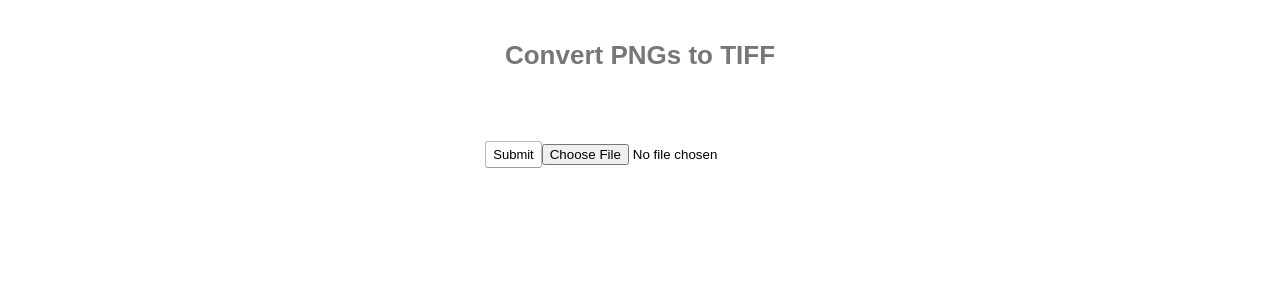
Repository: shadow1349/GWT-PNGToTIFF
Page: Application/war/Application.html
An editor plug-in stored every save of this project. The page is shown before and after the next save, followed by the edit.
The browser window is 1280 px wide. The pictures show the whole page.
Pictures or frames that could not be fetched are drawn as grey boxes.

Above is the page before, as saved 2017-09-09 14:38:48.

### Application/war/Application.html
<!doctype html>
<!-- The DOCTYPE declaration above will set the     -->
<!-- browser's rendering engine into                -->
<!-- "Standards Mode". Replacing this declaration   -->
<!-- with a "Quirks Mode" doctype is not supported. -->

<html>
  <head>
    <meta http-equiv="content-type" content="text/html; charset=UTF-8">

    <!--                                                               -->
    <!-- Consider inlining CSS to reduce the number of requested files -->
    <!--                                                               -->
    <link type="text/css" rel="stylesheet" href="Application.css">

    <!--                                           -->
    <!-- Any title is fine                         -->
    <!--                                           -->
    <title>Converting a PNG to a TIFF</title>

    <!--                                           -->
    <!-- This script loads your compiled module.   -->
    <!-- If you add any GWT meta tags, they must   -->
    <!-- be added before this line.                -->
    <!--                                           -->
    <script type="text/javascript" language="javascript" src="application/application.nocache.js"></script>
  </head>

  <!--                                           -->
  <!-- The body can have arbitrary html, or      -->
  <!-- you can leave the body empty if you want  -->
  <!-- to create a completely dynamic UI.        -->
  <!--                                           -->
  <body style="text-align:center">

    <h1>Convert PNGs to TIFF</h1>

  </body>
</html>

### Application/war/application/gwt/clean/clean.css
/**
 * The file contains styles for GWT widgets in the Clean theme.
 */

body, table td, select, button {
  font-family: Arial Unicode MS, Arial, sans-serif;
  font-size: small;
}
pre {
  font-family: "courier new", courier;
  font-size: small;
}
body {
  color: black;
  margin: 10px;
  border: 0px;
  padding: 0px;
  background: #fff;
  direction: ltr;
}
a, a:visited {
  color: #0066cc;
  text-decoration:none;
}

a:hover {
  color: #0066cc;
  text-decoration:underline;
}

select {
  background: white;
}

/**
 * The reference theme can be used to determine when this style sheet has
 * loaded.  Create a hidden div element with absolute position, assign the style
 * name below, and attach it to the DOM.  Use a timer to detect when the
 * element's height and width are set to 5px.
 */
.gwt-Reference-clean {
  height: 5px;
  width: 5px;
  zoom: 1;
}

.gwt-Button {
  margin: 0;
  padding: 5px 7px;
  text-decoration: none;
  cursor: pointer;
  cursor: hand;
  font-size:small;
  background: url("images/hborder.png") repeat-x 0px -2077px;
  border:1px solid #bbb;
  border-bottom: 1px solid #a0a0a0;
  border-radius: 3px;
 -moz-border-radius: 3px;
}
.gwt-Button:active {
  border: 1px inset #ccc;
}
.gwt-Button:hover {
  border-color: #939393;
}
.gwt-Button[disabled] {
  cursor: default;
  color: #888;
}
.gwt-Button[disabled]:hover {
  border: 1px outset #ccc;
}

.gwt-CheckBox {
}
.gwt-CheckBox-disabled {
  color: #888;
}

.gwt-DecoratorPanel {
}
.gwt-DecoratorPanel .topCenter {
  border-top: 1px solid #bbb;
  line-height: 0px;
}
.gwt-DecoratorPanel .bottomCenter {
  border-bottom: 1px solid #bbb;
  line-height: 0px;
}
.gwt-DecoratorPanel .topCenterInner,
.gwt-DecoratorPanel .bottomCenterInner {
  height: 1px;
  line-height: 0px;
  font-size: 1px;
}
.gwt-DecoratorPanel .middleLeft {
  border-left: 1px solid #bbb;
}
.gwt-DecoratorPanel .middleRight {
  border-right: 1px solid #bbb;
}
.gwt-DecoratorPanel .middleLeftInner,
.gwt-DecoratorPanel .middleRightInner {
  width: 1px;
  line-height: 1px;
}
.gwt-DecoratorPanel .topLeftInner,
.gwt-DecoratorPanel .topRightInner,
.gwt-DecoratorPanel .bottomLeftInner,
.gwt-DecoratorPanel .bottomRightInner {
  width: 5px;
  height: 5px;
  zoom: 1;
  font-size: 1px;
  overflow: hidden;
}
.gwt-DecoratorPanel .topLeft {
  line-height: 0px;
  background: url(images/circles.png) no-repeat 0px -6px;
}
.gwt-DecoratorPanel .topRight {
  line-height: 0px;
  background: url(images/circles.png) no-repeat -5px -6px;
}
.gwt-DecoratorPanel .bottomLeft {
  line-height: 0px;
  background: url(images/circles.png) no-repeat 0px -11px;
}
.gwt-DecoratorPanel .bottomRight {
  line-height: 0px;
  background: url(images/circles.png) no-repeat -5px -11px;
}

.gwt-DialogBox .Caption {
  background: #F1F1F1;
  padding: 4px 8px 4px 4px;
  cursor: default;
  font-family: Arial Unicode MS, Arial, sans-serif;
  font-weight: bold;
  border-bottom: 1px solid #bbbbbb;
  border-top: 1px solid #D2D2D2;
}
.gwt-DialogBox .dialogContent {
}
.gwt-DialogBox .dialogMiddleCenter {
  padding: 3px;
  background: white;
}
.gwt-DialogBox .dialogBottomCenter {
  background: url(images/hborder.png) repeat-x 0px -2945px;
}
.gwt-DialogBox .dialogMiddleLeft {
  background: url(images/vborder.png) repeat-y -31px 0px;
}
.gwt-DialogBox .dialogMiddleRight {
  background: url(images/vborder.png) repeat-y -32px 0px;
}
.gwt-DialogBox .dialogTopLeftInner {
  width: 10px;
  height: 8px;
  zoom: 1;
}
.gwt-DialogBox .dialogTopRightInner {
  width: 12px;
  zoom: 1;
}
.gwt-DialogBox .dialogBottomLeftInner {
  width: 10px;
  height: 12px;
  zoom: 1;
}
.gwt-DialogBox .dialogBottomRightInner {
  width: 12px;
  height: 12px;
  zoom: 1;
}
.gwt-DialogBox .dialogTopLeft {
  background: url(images/circles.png) no-repeat -20px 0px;
}
.gwt-DialogBox .dialogTopRight {
  background: url(images/circles.png) no-repeat -28px 0px;
}
.gwt-DialogBox .dialogBottomLeft {
  background: url(images/circles.png) no-repeat 0px -36px;
}
.gwt-DialogBox .dialogBottomRight {
  background: url(images/circles.png) no-repeat -8px -36px;
}

.gwt-DisclosurePanel {
}
.gwt-DisclosurePanel-open {
}
.gwt-DisclosurePanel-closed {
}
.gwt-DisclosurePanel .header,
.gwt-DisclosurePanel .header a,
.gwt-DisclosurePanel .header td {
  text-decoration: none;  /* Remove underline from header */
  color: black;
  cursor: pointer;
  cursor: hand;
}
.gwt-DisclosurePanel .content {
  border-left: 3px solid #e7e7e7;
  padding: 4px 0px 4px 8px;
  margin-left: 6px;
}

.gwt-FileUpload {
}

.gwt-Frame {
  border-top: 2px solid #666;
  border-left: 2px solid #666;
  border-right: 2px solid #bbb;
  border-bottom: 2px solid #bbb;
}

.gwt-HorizontalSplitPanel {
}
.gwt-HorizontalSplitPanel .hsplitter {
  cursor: move;
  border: 0px;
  background: #e7e7e7;
  line-height: 0px;
}
.gwt-VerticalSplitPanel {
}
.gwt-VerticalSplitPanel .vsplitter {
  cursor: move;
  border: 0px;
  background: #e7e7e7;
  line-height: 0px;
}

.gwt-HTML {
  padding: 0 0px;
}

.gwt-Hyperlink {
  cursor: pointer;
}

.gwt-Image {
}

.gwt-Label {
}

.gwt-ListBox {
}

.gwt-MenuBar {
  cursor: default;
}
.gwt-MenuBar .gwt-MenuItem {
  cursor: default;
  font-family: Arial Unicode MS, Arial, sans-serif;
}
.gwt-MenuBar .gwt-MenuItem-selected {
  background: #E3E8F3;
}
.gwt-MenuBar-horizontal {
  background: #e3e8f3 url(images/hborder.png) repeat-x 0px -2003px;
  border: 1px solid #e0e0e0;
}
.gwt-MenuBar-horizontal .gwt-MenuItem {
  padding: 5px 10px;
  vertical-align: bottom;
  color: #000;
  font-weight: bold;
}
.gwt-MenuBar-horizontal .gwt-MenuItemSeparator {
  width: 1px;
  padding: 0px;
  margin: 0px;
  border: 0px;
  border-left: 1px solid #ccc;
  background: white;
}
.gwt-MenuBar-horizontal .gwt-MenuItemSeparator .menuSeparatorInner {
  width: 1px;
  height: 1px;
  background: white;
}
.gwt-MenuBar-vertical {
  margin-top: 0px;
  margin-left: 0px;
  background: white;
}
.gwt-MenuBar-vertical table {
  border-collapse: collapse;
}
.gwt-MenuBar-vertical .gwt-MenuItem {
  padding: 2px 40px 2px 1px;
}
.gwt-MenuBar-vertical .gwt-MenuItemSeparator {
  padding: 2px 0px;
}
.gwt-MenuBar-vertical .gwt-MenuItemSeparator .menuSeparatorInner {
  height: 1px;
  padding: 0px;
  border: 0px;
  border-top: 1px solid #ccc;
  overflow: hidden;
}
.gwt-MenuBar-vertical .subMenuIcon {
  padding-right: 4px;
}
.gwt-MenuBar-vertical .subMenuIcon-selected {
  background: #E3E8F3;
}
.gwt-MenuBarPopup .menuPopupTopCenter {
  background: url(images/hborder.png) 0px -12px repeat-x;
}
.gwt-MenuBarPopup .menuPopupBottomCenter {
  background: url(images/hborder.png) 0px -13px repeat-x;
}
.gwt-MenuBarPopup .menuPopupMiddleLeft {
  background: url(images/vborder.png) -12px 0px repeat-y;
}
.gwt-MenuBarPopup .menuPopupMiddleRight {
  background: url(images/vborder.png) -13px 0px repeat-y;
}
.gwt-MenuBarPopup .menuPopupTopLeftInner {
  width: 5px;
  height: 5px;
  zoom: 1;
}
.gwt-MenuBarPopup .menuPopupTopRightInner {
  width: 8px;
  height: 5px;
  zoom: 1;
}
.gwt-MenuBarPopup .menuPopupBottomLeftInner {
  width: 5px;
  height: 8px;
  zoom: 1;
}
.gwt-MenuBarPopup .menuPopupBottomRightInner {
  width: 8px;
  height: 8px;
  zoom: 1;
}
.gwt-MenuBarPopup .menuPopupTopLeft {
  background: url(images/corner.png) no-repeat 0px -36px;
}
.gwt-MenuBarPopup .menuPopupTopRight {
  background: url(images/corner.png) no-repeat -5px -36px;
}
.gwt-MenuBarPopup .menuPopupBottomLeft {
  background: url(images/corner.png) no-repeat 0px -41px;
}
.gwt-MenuBarPopup .menuPopupBottomRight {
  background: url(images/corner.png) no-repeat -5px -41px;
}

.gwt-PasswordTextBox {
  padding: 5px 4px;
  border: 1px solid #ccc;
  border-top: 1px solid #999;
  font-size: 100%;
}
.gwt-PasswordTextBox-readonly {
  color: #888;
}

.gwt-PopupPanel {
  border: 3px solid #e7e7e7;
  padding: 3px;
  background: white;
}

.gwt-DecoratedPopupPanel .popupContent {
}
.gwt-DecoratedPopupPanel .popupMiddleCenter {
  padding: 3px;
  background: #f1f1f1;
}
.gwt-DecoratedPopupPanel .popupTopCenter {
  background: url(images/hborder.png) 0px -2937px repeat-x;
}
.gwt-DecoratedPopupPanel .popupBottomCenter {
  background:  url(images/hborder.png) repeat-x 0px -2938px;
}
.gwt-DecoratedPopupPanel .popupMiddleLeft {
  background: url(images/vborder.png) -21px 0px repeat-y;
}
.gwt-DecoratedPopupPanel .popupMiddleRight {
  background: url(images/vborder.png) repeat-y -24px 0px;
}
.gwt-DecoratedPopupPanel .popupTopLeftInner {
  width: 6px;
  height: 5px;
  zoom: 1;
}
.gwt-DecoratedPopupPanel .popupTopRightInner {
  width: 6px;
  height: 5px;
  zoom: 1;
}
.gwt-DecoratedPopupPanel .popupBottomLeftInner {
  width: 6px;
  height: 6px;
  zoom: 1;
}
.gwt-DecoratedPopupPanel .popupBottomRightInner {
  width: 6px;
  height: 6px;
  zoom: 1;
}
.gwt-DecoratedPopupPanel .popupTopLeft {
  background: url(images/circles.png) no-repeat 0px -16px;
}
.gwt-DecoratedPopupPanel .popupTopRight {
  background: url(images/circles.png) no-repeat -6px -16px;
}
.gwt-DecoratedPopupPanel .popupBottomLeft {
  background: url(images/circles.png) no-repeat 0px -21px;
}
.gwt-DecoratedPopupPanel .popupBottomRight {
  background: url(images/circles.png) no-repeat -6px -21px;
}

.gwt-PopupPanelGlass {
  background-color: #000;
  opacity: 0.3;
  filter: alpha(opacity=30);
}

.gwt-PushButton-up,
.gwt-PushButton-up-hovering,
.gwt-PushButton-up-disabled,
.gwt-PushButton-down,
.gwt-PushButton-down-hovering,
.gwt-PushButton-down-disabled {
  margin: 0;
  text-decoration: none;
  background: url("images/hborder.png") repeat-x 0px -27px;
  border-radius: 2px;
  -moz-border-radius: 2px;
}
.gwt-PushButton-up,
.gwt-PushButton-up-hovering,
.gwt-PushButton-up-disabled {
  padding: 3px 5px 3px 5px;
}
.gwt-PushButton-up {
  border:1px solid #bbb;
  border-bottom: 1px solid #a0a0a0;
  cursor: pointer;
  cursor: hand;
}
.gwt-PushButton-up-hovering {
  border: 1px solid;
  border-color: #939393;
  cursor: pointer;
  cursor: hand;
}
.gwt-PushButton-up-disabled {
  border: 1px solid #bbb;
  cursor: default;
  opacity: .5;
  filter: alpha(opacity=45);
  zoom: 1;
}
.gwt-PushButton-down,
.gwt-PushButton-down-hovering,
.gwt-PushButton-down-disabled {
  padding: 4px 4px 2px 6px;
  outline:none;
}
.gwt-PushButton-down {
  border: 1px inset #666;
  cursor: pointer;
  cursor: hand;
}
.gwt-PushButton-down-hovering {
  border: 1px solid #939393;
  border-top: 1px solid #333333;
  cursor: pointer;
  cursor: hand;
}
.gwt-PushButton-down-disabled {
  border: 1px outset #ccc;
  cursor: default;
  opacity: 0.5;
  filter: alpha(opacity=45);
  zoom: 1;
}

.gwt-RadioButton {
}
.gwt-RadioButton-disabled {
  color: #888;
}

.gwt-RichTextArea {
}
.hasRichTextToolbar {
  border: 0px;
}
.gwt-RichTextToolbar {
  background: #e3e8f3 url(images/hborder.png) repeat-x 0px -2003px;
  border-bottom: 1px solid #BBBBBB;
  padding: 3px;
  margin: 0px;
}
.gwt-RichTextToolbar .gwt-PushButton-up {
  padding: 0px 1px 0px 0px;
  margin-right: 4px;
  margin-bottom: 4px;
  border-width: 1px;
}
.gwt-RichTextToolbar .gwt-PushButton-up-hovering {
  margin-right: 4px;
  margin-bottom: 4px;
  padding: 0px 1px 0px 0px;
  border-width: 1px;
}
.gwt-RichTextToolbar .gwt-PushButton-down {
  margin-right: 4px;
  margin-bottom: 4px;
  padding: 0px 0px 0px 1px;
  border-width: 1px;
}
.gwt-RichTextToolbar .gwt-PushButton-down-hovering {
  margin-right: 4px;
  margin-bottom: 4px;
  padding: 0px 0px 0px 1px;
  border-width: 1px;
}
.gwt-RichTextToolbar .gwt-ToggleButton-up {
  margin-right: 4px;
  margin-bottom: 4px;
  padding: 0px 1px 0px 0px;
  border:1px solid #bbb;
  border-bottom: 1px solid #a0a0a0;
}
.gwt-RichTextToolbar .gwt-ToggleButton-up-hovering {
  margin-right: 4px;
  margin-bottom: 4px;
  padding: 0px 1px 0px 0px;
  border-width: 1px;
}
.gwt-RichTextToolbar .gwt-ToggleButton-down {
  margin-right: 4px;
  margin-bottom: 4px;
  padding: 0px 0px 0px 1px;
  border-width: 1px;
}
.gwt-RichTextToolbar .gwt-ToggleButton-down-hovering {
  margin-right: 4px;
  margin-bottom: 4px;
  padding: 0px 0px 0px 1px;
  border-width: 1px;
}

.gwt-StackPanel {
  border-bottom: 1px solid #bbbbbb;
}
.gwt-StackPanel .gwt-StackPanelItem {
  cursor: pointer;
  cursor: hand;
  font-weight: bold;
  font-size: 1.3em;
  padding: 3px;
  border: 1px solid #bbbbbb;
  border-bottom: 0px;
  background: #d3def6 url(images/hborder.png) repeat-x 0px -989px;
}
.gwt-StackPanel .gwt-StackPanelContent {
  border: 1px solid #bbbbbb;
  border-bottom: 0px;
  background: white;
  padding: 2px 2px 10px 5px;
}

.gwt-DecoratedStackPanel {
  border-bottom: 1px solid #bbbbbb;
}
.gwt-DecoratedStackPanel .gwt-StackPanelContent {
  border: 1px solid #bbbbbb;
  border-bottom: 0px;
  background: white;
  padding: 2px 2px 10px 5px;
}
.gwt-DecoratedStackPanel .gwt-StackPanelItem {
  cursor: pointer;
  cursor: hand;
}
.gwt-DecoratedStackPanel .stackItemTopLeft,
.gwt-DecoratedStackPanel .stackItemTopRight {
  height: 6px;
  width: 6px;
  zoom: 1;
}
.gwt-DecoratedStackPanel .stackItemTopLeft {
  border-left: 1px solid #bbbbbb;
  background: #d3def6 url(images/corner.png) no-repeat 0px -49px;
}
.gwt-DecoratedStackPanel .stackItemTopRight {
  border-right: 1px solid #bbbbbb;
  background: #d3def6 url(images/corner.png) no-repeat -6px -49px;
}
.gwt-DecoratedStackPanel .stackItemTopLeftInner,
.gwt-DecoratedStackPanel .stackItemTopRightInner {
  width: 1px;
  height: 1px;
}

.gwt-DecoratedStackPanel .stackItemTopCenter {
  background: url(images/hborder.png) 0px -21px repeat-x;
}
.gwt-DecoratedStackPanel .stackItemMiddleLeft {
  background: #d3def6 url(images/hborder.png) repeat-x 0px -989px;
  border-left: 1px solid #bbbbbb;
}
.gwt-DecoratedStackPanel .stackItemMiddleLeftInner,
.gwt-DecoratedStackPanel .stackItemMiddleRightInner {
  width: 1px;
  height: 1px;
}
.gwt-DecoratedStackPanel .stackItemMiddleRight {
  background: #d3def6 url(images/hborder.png) repeat-x 0px -989px;
  border-right: 1px solid #bbbbbb;
}
.gwt-DecoratedStackPanel .stackItemMiddleCenter {
  font-weight: bold;
  font-size: 1.3em;
  background: #d3def6 url(images/hborder.png) repeat-x 0px -989px;
}
.gwt-DecoratedStackPanel .gwt-StackPanelItem-first .stackItemTopRight,
.gwt-DecoratedStackPanel .gwt-StackPanelItem-first .stackItemTopLeft {
  border: 0px;
  background-color: white;
}
.gwt-DecoratedStackPanel .gwt-StackPanelItem-below-selected .stackItemTopLeft,
.gwt-DecoratedStackPanel .gwt-StackPanelItem-below-selected .stackItemTopRight {
  background-color: white;
}

.gwt-SuggestBox {
  padding: 5px 4px;
  border: 1px solid #ccc;
  border-top: 1px solid #999;
  font-size: 100%;
  font-family: Arial Unicode MS, Arial, sans-serif;
}

.gwt-SuggestBoxPopup {
}

.gwt-SuggestBoxPopup .item {
  padding: 2px 6px;
  color: #000;
  cursor: default;
  font-size: 110%;
}
.gwt-SuggestBoxPopup .item-selected {
  background: #D5E2FF;
}
.gwt-SuggestBoxPopup .suggestPopupContent {
  background: white;
}
.gwt-SuggestBoxPopup .suggestPopupTopCenter {
  border-top: 1px solid #bbb;
}
.gwt-SuggestBoxPopup .suggestPopupBottomCenter {
  border-bottom: 1px solid #bbb;
}
.gwt-SuggestBoxPopup .suggestPopupTopCenterInner,
.gwt-SuggestBoxPopup .suggestPopupBottomCenterInner {
  height: 1px;
  line-height: 1px;
}
.gwt-SuggestBoxPopup .suggestPopupMiddleLeft {
  border-left: 1px solid #bbb;
}
.gwt-SuggestBoxPopup .suggestPopupMiddleRight {
  border-right: 1px solid #bbb;
}
.gwt-SuggestBoxPopup .suggestPopupMiddleLeftInner,
.gwt-SuggestBoxPopup .suggestPopupMiddleRightInner {
  width: 1px;
  line-height: 1px;
}
.gwt-SuggestBoxPopup .suggestPopupTopLeftInner {
  width: 0px;
  height: 0px;
  zoom: 1;
}
.gwt-SuggestBoxPopup .suggestPopupTopRightInner {
  width: 0px;
  height: 0px;
  zoom: 1;
}
.gwt-SuggestBoxPopup .suggestPopupBottomLeftInner {
  width: 0px;
  height: 0px;
  zoom: 1;
}
.gwt-SuggestBoxPopup .suggestPopupBottomRightInner {
  width: 0px;
  height: 0px;
  zoom: 1;
}
.gwt-SuggestBoxPopup .suggestPopupTopLeft {
  background: url(images/circles.png) no-repeat 0px -6px;
  width:5px;
  height:5px;
}
.gwt-SuggestBoxPopup .suggestPopupTopRight {
  background: url(images/circles.png) no-repeat -5px -6px;
  width:5px;
  height:5px;
}
.gwt-SuggestBoxPopup .suggestPopupBottomLeft {
  background: url(images/circles.png) no-repeat 0px -11px;
  width:5px;
  height:5px;
}
.gwt-SuggestBoxPopup .suggestPopupBottomRight {
  background: url(images/circles.png) no-repeat -5px -11px;
  width:5px;
  height:5px;
}

.gwt-TabBar {
  background: #ccc;
  padding-top: 6px;
}
.gwt-TabBar .gwt-TabBarFirst {
  width: 5px;  /* first tab distance from the left */
}
.gwt-TabBar .gwt-TabBarRest {
}
.gwt-TabBar .gwt-TabBarItem {
  margin-left: 4px;
  padding: 4px 8px 4px 8px;
  cursor: pointer;
  cursor: hand;
  color: white;
  font-weight: normal;
  text-align: center;
  background: #8E8E8E;
  -moz-border-radius: 3px 3px 0px 0px;
  border-radius: 3px 3px 0px 0px;
}
.gwt-TabBar .gwt-TabBarItem-selected {
  cursor: default;
  background: white;
  color: #333;
  font-weight: bold;
}
.gwt-TabBar .gwt-TabBarItem-disabled {
  cursor: default;
  color: #999999;
}
.gwt-TabPanel {
}
.gwt-TabPanelBottom {
  border-color: #ccc;
  border-style: solid;
  border-width: 0px 1px 1px;
  overflow: hidden;
  padding: 6px;
}
.gwt-DecoratedTabBar {
  background: #ccc;
  padding-top: 6px;
}
.gwt-DecoratedTabBar .gwt-TabBarFirst {
  width: 5px;  /* first tab distance from the left */
}
.gwt-DecoratedTabBar .gwt-TabBarRest {
}
.gwt-DecoratedTabBar .gwt-TabBarItem {
  border-collapse: collapse;
  margin-left: 4px;
}
.gwt-DecoratedTabBar .tabTopCenter {
  padding: 0px;
  background: #8E8E8E;
}
.gwt-DecoratedTabBar .tabTopLeft,
.gwt-DecoratedTabBar .tabTopRight {
  padding: 0px;
  zoom: 1;
}
.gwt-DecoratedTabBar .tabTopLeftInner,
.gwt-DecoratedTabBar .tabTopRightInner {
  width: 3px;
  height: 3px;
}
.gwt-DecoratedTabBar .tabTopLeft {
  background: url(images/circles.png) no-repeat 0px 0px;
}
.gwt-DecoratedTabBar .tabTopRight {
  background: url(images/circles.png) no-repeat -3px 0px;
}

.gwt-DecoratedTabBar .tabMiddleLeft,
.gwt-DecoratedTabBar .tabMiddleRight {
  width: 3px;
  padding: 0px;
  background: #8E8E8E;
}
.gwt-DecoratedTabBar .tabMiddleLeftInner,
.gwt-DecoratedTabBar .tabMiddleRightInner {
  width: 1px;
  height: 1px;
}
.gwt-DecoratedTabBar .tabMiddleCenter {
  padding: 0px 5px 4px 5px;
  cursor: pointer;
  cursor: hand;
  color: #fff;
  font-weight: normal;
  text-align: center;
  background: #8E8E8E;
}
.gwt-DecoratedTabBar .gwt-TabBarItem-selected .tabTopCenter {
  background:#fff;
}
.gwt-DecoratedTabBar .gwt-TabBarItem-selected .tabTopLeft {
  background: url(images/circles.png) no-repeat -6px 0px;
}
.gwt-DecoratedTabBar .gwt-TabBarItem-selected .tabTopRight {
  background: url(images/circles.png) no-repeat -9px 0px;
}
.gwt-DecoratedTabBar .gwt-TabBarItem-selected .tabMiddleLeft,
.gwt-DecoratedTabBar .gwt-TabBarItem-selected .tabMiddleRight {
  background: #fff;
}
.gwt-DecoratedTabBar .gwt-TabBarItem-selected .tabMiddleCenter {
  cursor: default;
  background: #fff;
  color:#333;
  font-weight:bold;
}
.gwt-DecoratedTabBar .gwt-TabBarItem-disabled .tabMiddleCenter {
  cursor: default;
  color: #999999;
}

.gwt-TextArea {
  padding: 4px;
  border: 1px solid #ccc;
  border-top: 1px solid #666;
  font-size: 100%;
  font-family: Arial Unicode MS, Arial, sans-serif;
}
.gwt-TextArea-readonly {
  color: #888;
}

.gwt-TextBox {
  padding: 5px 4px;
  border: 1px solid #ccc;
  border-top: 1px solid #999;
  font-size: small;
  font-family: Arial Unicode MS, Arial, sans-serif;
}
.gwt-TextBox-readonly {
  color: #888;
}
.gwt-ToggleButton-up,
.gwt-ToggleButton-up-hovering,
.gwt-ToggleButton-up-disabled,
.gwt-ToggleButton-down,
.gwt-ToggleButton-down-hovering,
.gwt-ToggleButton-down-disabled {
  margin: 0;
  text-decoration: none;
  background: url("images/hborder.png") repeat-x 0px -27px;
  -moz-border-radius: 2px;
  border-radius: 2px;
}
.gwt-ToggleButton-up,
.gwt-ToggleButton-up-hovering,
.gwt-ToggleButton-up-disabled {
  padding: 3px 5px 3px 5px;
}
.gwt-ToggleButton-up {
  border:1px solid #bbb;
  border-bottom: 1px solid #a0a0a0;
  cursor: pointer;
  cursor: hand;
}
.gwt-ToggleButton-up-hovering {
  border: 1px solid;
  border-color: #939393;
  cursor: pointer;
  cursor: hand;
}
.gwt-ToggleButton-up-disabled {
  border: 1px solid #bbb;
  cursor: default;
  opacity: .5;
  zoom: 1;
  filter: alpha(opacity=45);
}
.gwt-ToggleButton-down,
.gwt-ToggleButton-down-hovering,
.gwt-ToggleButton-down-disabled {
  padding: 4px 4px 2px 6px;
}
.gwt-ToggleButton-down {
  background-position: 0 -513px;
  border: 1px inset #666;
  cursor: pointer;
  cursor: hand;
}
.gwt-ToggleButton-down-hovering {
  background-position: 0 -513px;
  border: 1px inset;
  border-color: #9cf #69e #69e #7af;
  cursor: pointer;
  cursor: hand;
}
.gwt-ToggleButton-down-disabled {
  background-position: 0 -513px;
  border: 1px inset #ccc;
  cursor: default;
  opacity: .5;
  zoom: 1;
  filter: alpha(opacity=45);
}

.gwt-Tree .gwt-TreeItem {
  padding: 1px 0px;
  margin: 0px;
  white-space: nowrap;
  cursor: hand;
  cursor: pointer;
}
.gwt-Tree .gwt-TreeItem-selected {
  background: #ebeff9;
}
.gwt-TreeItem .gwt-RadioButton input,
.gwt-TreeItem .gwt-CheckBox input {
  margin-left: 0px;
}

.gwt-DateBox {
  padding: 5px 4px;
  border: 1px solid #ccc;
  border-top: 1px solid #999;
  font-size: 100%;
}
.gwt-DateBox input {
  width: 8em;
}
.dateBoxFormatError {
  background: #ffcccc;
}
.dateBoxPopup {
}

.gwt-DatePicker {
  border: 1px solid #ccc;
  border-top:1px solid #999;
  cursor: default;
}
.gwt-DatePicker td,
.datePickerMonthSelector td:focus {
  outline: none;
}
.datePickerDays {
  width: 100%;
  background: white;
}
.datePickerDay,
.datePickerWeekdayLabel,
.datePickerWeekendLabel {
  font-size: 85%;
  text-align: center;
  padding: 4px;
  outline: none;
  font-weight:bold;
  color:#333;
  border-right: 1px solid #EDEDED;
  border-bottom: 1px solid #EDEDED;
}
.datePickerWeekdayLabel,
.datePickerWeekendLabel {
  background: #fff;
  padding: 0px 4px 2px;
  cursor: default;
  color:#666;
  font-size:70%;
  font-weight:normal;
}
.datePickerDay {
  padding: 4px 7px;
  cursor: hand;
  cursor: pointer;
}
.datePickerDayIsWeekend {
  background: #f7f7f7;
}
.datePickerDayIsFiller {
  color: #999;
  font-weight:normal;
}
.datePickerDayIsValue {
  background: #d7dfe8;
}
.datePickerDayIsDisabled {
  color: #AAAAAA;
  font-style: italic;
}
.datePickerDayIsHighlighted {
  background: #F0E68C;
}
.datePickerDayIsValueAndHighlighted {
  background: #d7dfe8;
}
.datePickerDayIsToday {
  padding: 3px;
  color: #fff;
  background: url(images/hborder.png) repeat-x 0px -2607px;
}

.datePickerMonthSelector {
  width: 100%;
  padding: 1px 0 5px 0;
  background: #fff;
}
td.datePickerMonth,
td.datePickerYear {
  text-align: center;
  vertical-align: middle;
  white-space: nowrap;
  font-size: 100%;
  font-weight: bold;
  color: #333;
}
.datePickerPreviousButton,
.datePickerNextButton,
.datePickerPreviousYearButton,
.datePickerNextYearButton {
  font-size: 120%;
  line-height: 1em;
  color: #3a6aad;
  cursor: hand;
  cursor: pointer;
  font-weight: bold;
  padding: 0px 4px;
  outline: none;
}

.gwt-StackLayoutPanel {
  border-bottom: 1px solid #bbbbbb;
}
.gwt-StackLayoutPanel .gwt-StackLayoutPanelHeader {
  cursor: pointer;
  cursor: hand;
  font-weight: bold;
  font-size: 1.3em;
  padding: 3px;
  border: 1px solid #bbbbbb;
  border-bottom: 0px;
  background: #d3def6 url(images/hborder.png) repeat-x 0px -989px;
}
.gwt-StackLayoutPanel .gwt-StackLayoutPanelHeader-hovering {
  background: #d3def6;
}
.gwt-StackLayoutPanel .gwt-StackLayoutPanelContent {
  border: 1px solid #bbbbbb;
  border-bottom: 0px;
  background: white;
  padding: 2px 2px 10px 5px;
}

.gwt-TabLayoutPanel {
}
.gwt-TabLayoutPanel .gwt-TabLayoutPanelTabs {
  background: #ccc;
  padding-top: 6px;
  padding-left: 5px;
}
.gwt-TabLayoutPanel .gwt-TabLayoutPanelContentContainer {
  border-color: #ccc;
  border-style: solid;
  border-width: 0px 1px 1px;
}
.gwt-TabLayoutPanel .gwt-TabLayoutPanelContent {
  overflow: hidden;
  padding: 6px;
}
.gwt-TabLayoutPanel .gwt-TabLayoutPanelTab {
  margin-left: 4px;
  padding: 4px 8px 4px 8px;
  cursor: pointer;
  cursor: hand;
  color: white;
  font-weight: normal;
  text-align: center;
  background: #8E8E8E;
  -moz-border-radius: 3px 3px 0px 0px;
  border-radius: 3px 3px 0px 0px;
}
.gwt-TabLayoutPanel .gwt-TabLayoutPanelTab-selected {
  cursor: default;
  background: white;
  color: #333;
  font-weight: bold;
}

.gwt-SplitLayoutPanel-HDragger {
  background: #e7e7e7 url(images/thumb_vertical.png) center center no-repeat;
  cursor: col-resize;
}

.gwt-SplitLayoutPanel-VDragger {
  background: #e7e7e7 url(images/thumb_horz.png) center center no-repeat;
  cursor: row-resize;
}

Loaded but not shown: Application/war/Application.css (common file); Application/war/application/84E378493C91FA820048AB47DB53065F.cache.js (library); Application/war/application/application.nocache.js (27 lines, source omitted)

After the next save:
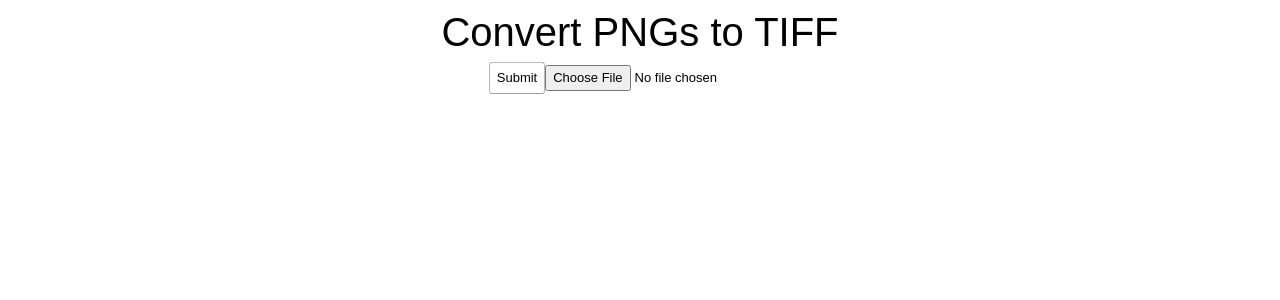
Saved 3 min 43 s later.
--- a/Application/war/Application.html
+++ b/Application/war/Application.html
@@ -12,7 +12,7 @@
     <!-- Consider inlining CSS to reduce the number of requested files -->
     <!--                                                               -->
     <link type="text/css" rel="stylesheet" href="Application.css">
-
+	<link rel="stylesheet" href="https://maxcdn.bootstrapcdn.com/bootstrap/4.0.0-beta/css/bootstrap.min.css" integrity="sha384-/Y6pD6FV/Vv2HJnA6t+vslU6fwYXjCFtcEpHbNJ0lyAFsXTsjBbfaDjzALeQsN6M" crossorigin="anonymous">
     <!--                                           -->
     <!-- Any title is fine                         -->
     <!--                                           -->
